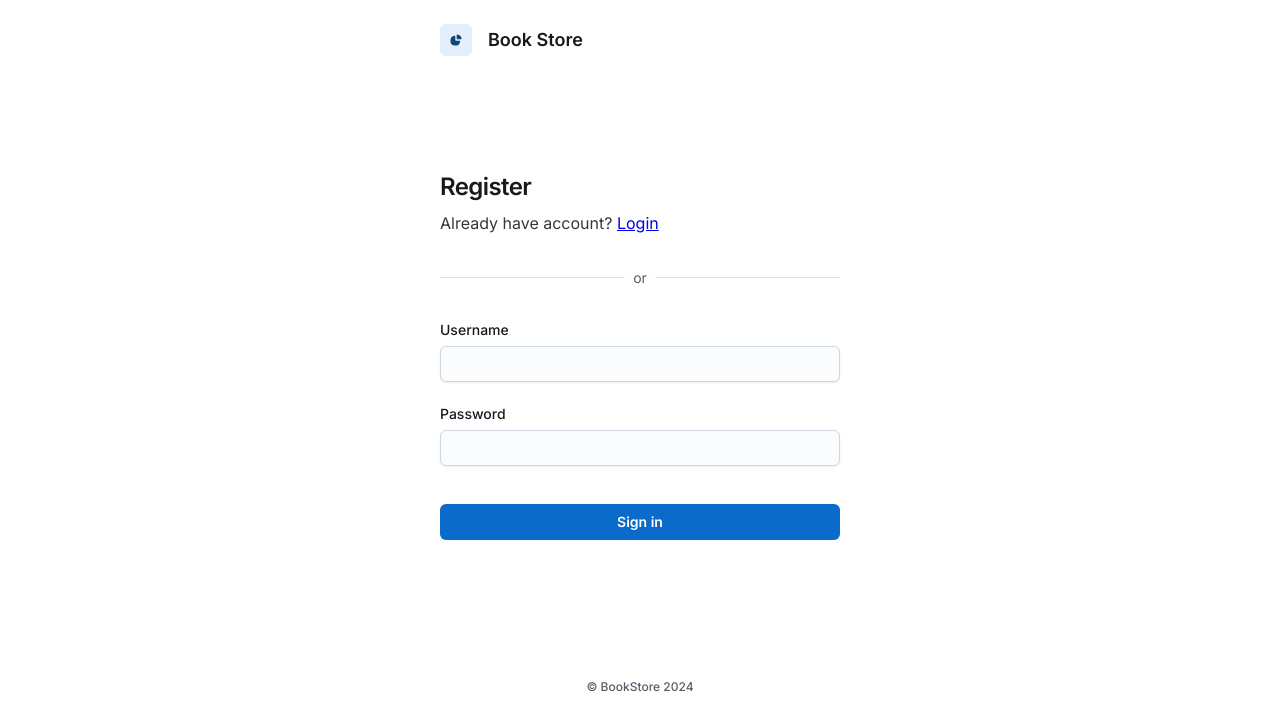
Repository: LaurentiusKevin/bookstore-fe
Page: /auth/register
These files come from the project's save history. The page is drawn as it stood at one moment and after the next save; the edit follows.
The browser window is 1280 px wide. The pictures show the whole page.
The project was rebuilt for these pictures with package versions that can differ from the ones it lists, and the page was loaded fresh each time. The framework's server and built-in components were replaced by stand-ins that run in the browser. Also part of the build but not shown: next.config.mjs.

Above is the page before, as saved 2024-04-07 01:17:30.

After the next save:
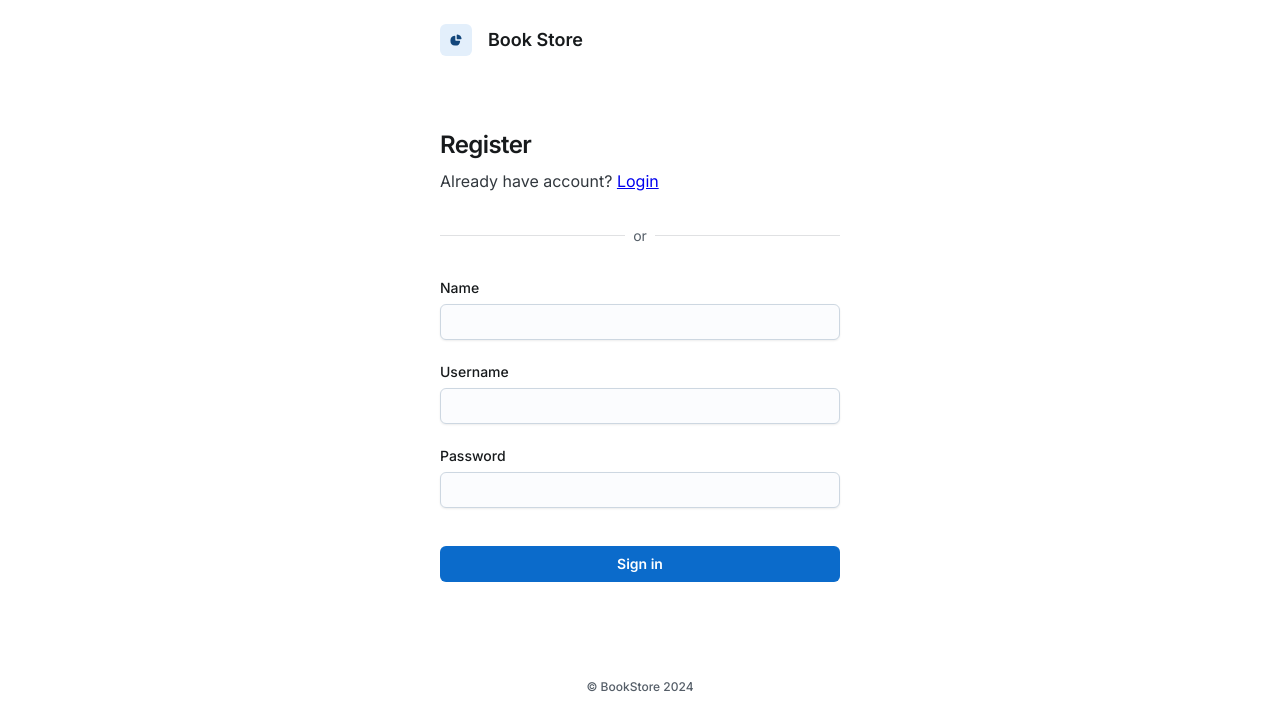
Saved 24 s later.
--- a/src/app/auth/register/page.tsx
+++ b/src/app/auth/register/page.tsx
@@ -147,6 +147,14 @@ export default function AuthSignIn() {
             <Stack gap={4} sx={{ mt: 2 }}>
               <form onSubmit={handleSubmit(onSignIn)}>
                 <FormInput
+                  register={register("name", {
+                    required: "Required!",
+                  })}
+                  label="Name"
+                  type={InputType.TEXT_INPUT}
+                  error={errors.name}
+                />
+                <FormInput
                   register={register("username", {
                     required: "Required!",
                   })}
